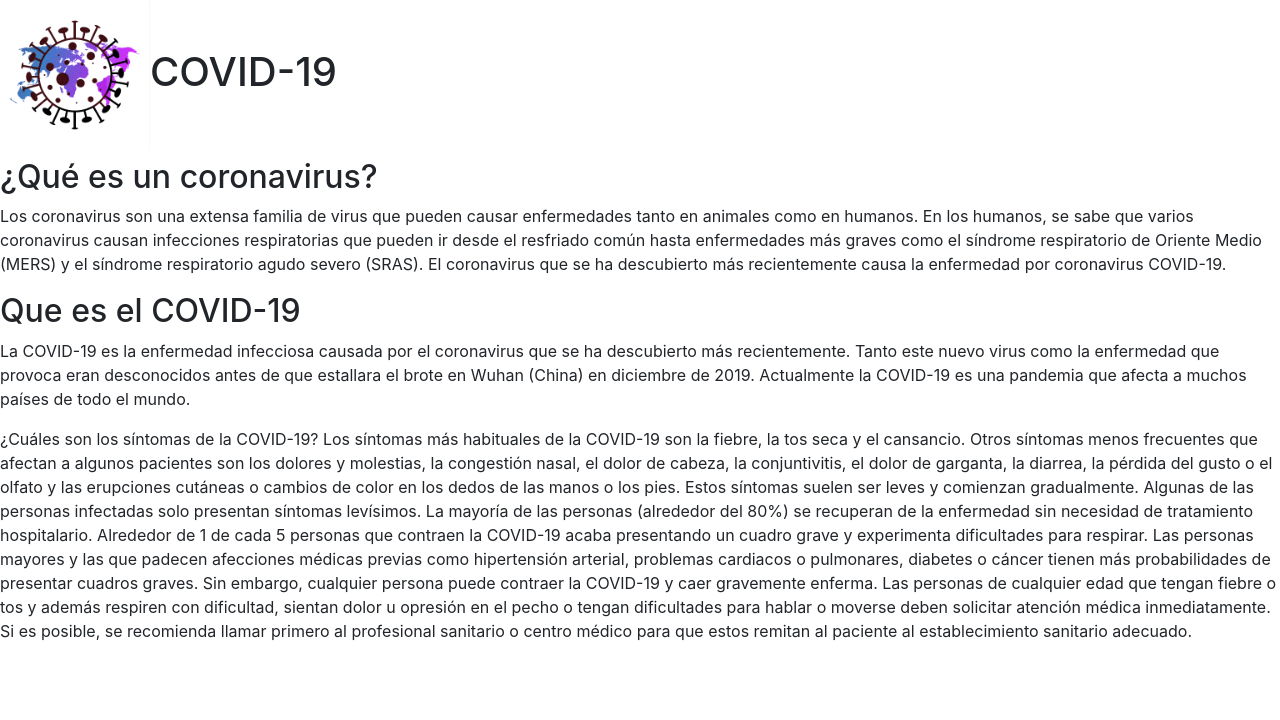
Repository: AndreyRi13/1erparcial1151804
Page: Home.html
The author's editor kept a copy of each file at every save. The page is drawn from the files as they stood at one save, then again after a run of saves.
The browser window is 1280 px wide. The pictures show the whole page.

Above is the page before, as saved 2020-10-06 07:15:12.
Console error (its wording comes from the project's code and is left out).

### Home.html
<!DOCTYPE html>
<html lang="en">
<head>
    <meta charset="UTF-8">
    <meta name="viewport" content="width=device-width, initial-scale=1.0">
    <link rel="stylesheet" href="https://stackpath.bootstrapcdn.com/bootstrap/4.5.2/css/bootstrap.min.css" integrity="sha384-JcKb8q3iqJ61gNV9KGb8thSsNjpSL0n8PARn9HuZOnIxN0hoP+VmmDGMN5t9UJ0Z" crossorigin="anonymous">
    <script src="https://stackpath.bootstrapcdn.com/bootstrap/4.5.2/js/bootstrap.min.js" integrity="sha384-B4gt1jrGC7Jh4AgTPSdUtOBvfO8shuf57BaghqFfPlYxofvL8/KUEfYiJOMMV+rV" crossorigin="anonymous"></script>
    <title>COVID-19</title>
</head>
<body>

        <header>
        <H1><img src="/img/hiclipart.com.png" alt="logo" width="150" height="150">COVID-19</H1>
        </header>


        <h2>¿Qué es un coronavirus?</h2>
            <p>Los coronavirus son una extensa familia de virus que pueden
                causar enfermedades tanto en animales como en humanos. En
                los humanos, se sabe que varios coronavirus causan infecciones
                respiratorias que pueden ir desde el resfriado común hasta
                enfermedades más graves como el síndrome respiratorio de
                Oriente Medio (MERS) y el síndrome respiratorio agudo severo
                (SRAS). El coronavirus que se ha descubierto más
                recientemente causa la enfermedad por coronavirus COVID-19.</p>
                <h2>Que es el COVID-19</h2>


<p>La COVID-19 es la enfermedad infecciosa causada por el coronavirus que se ha descubierto más recientemente. Tanto este nuevo
    virus como la enfermedad que provoca eran desconocidos antes de que estallara el brote en Wuhan (China) en diciembre de
    2019. Actualmente la COVID-19 es una pandemia que afecta a muchos países de todo el mundo.
    </p>

   <h2></h2> ¿Cuáles son los síntomas de la COVID-19?
Los síntomas más habituales de la COVID-19 son la fiebre, la tos seca y el cansancio. Otros síntomas menos frecuentes que
afectan a algunos pacientes son los dolores y molestias, la congestión nasal, el dolor de cabeza, la conjuntivitis, el dolor de
garganta, la diarrea, la pérdida del gusto o el olfato y las erupciones cutáneas o cambios de color en los dedos de las manos o los
pies. Estos síntomas suelen ser leves y comienzan gradualmente. Algunas de las personas infectadas solo presentan síntomas
levísimos.
La mayoría de las personas (alrededor del 80%) se recuperan de la enfermedad sin necesidad de tratamiento hospitalario.
Alrededor de 1 de cada 5 personas que contraen la COVID-19 acaba presentando un cuadro grave y experimenta dificultades
para respirar. Las personas mayores y las que padecen afecciones médicas previas como hipertensión arterial, problemas
cardiacos o pulmonares, diabetes o cáncer tienen más probabilidades de presentar cuadros graves. Sin embargo, cualquier
persona puede contraer la COVID-19 y caer gravemente enferma. Las personas de cualquier edad que tengan fiebre o tos y
además respiren con dificultad, sientan dolor u opresión en el pecho o tengan dificultades para hablar o moverse deben solicitar
atención médica inmediatamente. Si es posible, se recomienda llamar primero al profesional sanitario o centro médico para que
estos remitan al paciente al establecimiento sanitario adecuado.









        <script src="https://code.jquery.com/jquery-3.5.1.slim.min.js" integrity="sha384-DfXdz2htPH0lsSSs5nCTpuj/zy4C+OGpamoFVy38MVBnE+IbbVYUew+OrCXaRkfj" crossorigin="anonymous"></script>
        <script src="https://cdn.jsdelivr.net/npm/popper.js@1.16.1/dist/umd/popper.min.js" integrity="sha384-9/reFTGAW83EW2RDu2S0VKaIzap3H66lZH81PoYlFhbGU+6BZp6G7niu735Sk7lN" crossorigin="anonymous"></script>
</body>
</html>

After the next 5 saves:
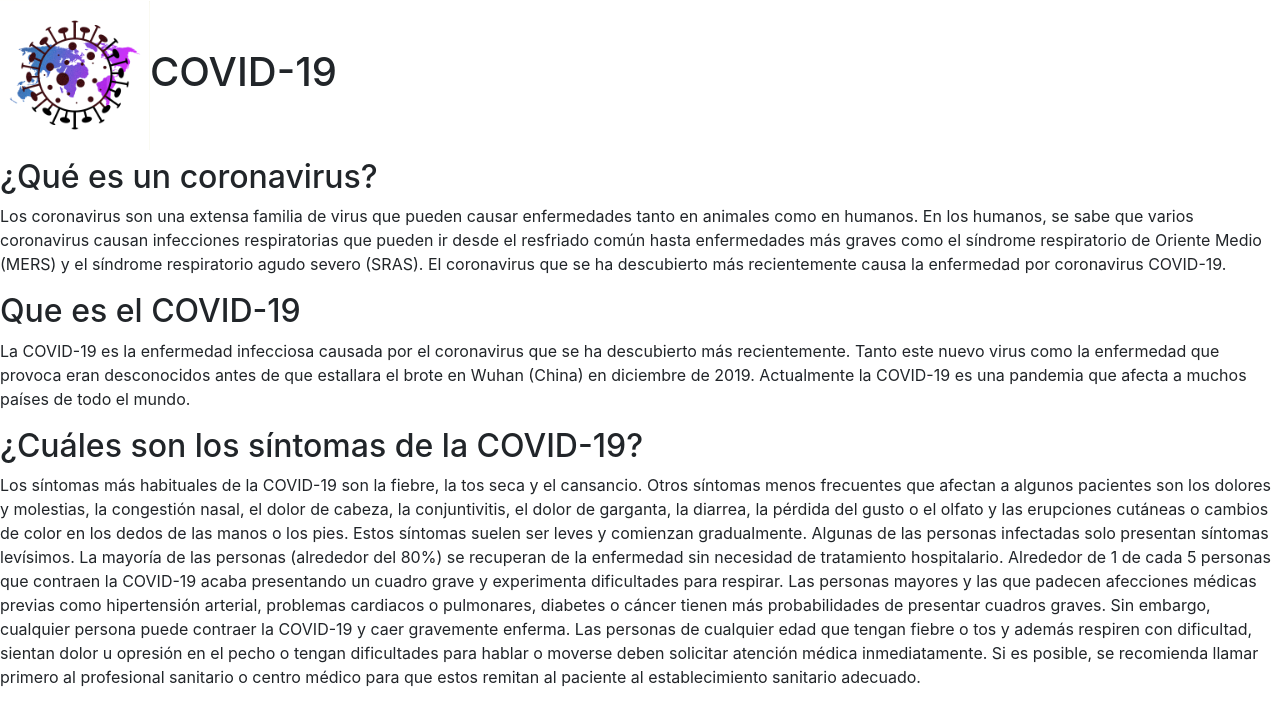
The 5 saves are shown as one change because they came seconds apart.
The last was saved 14 s later.
--- a/Home.html
+++ b/Home.html
@@ -31,7 +31,9 @@
     2019. Actualmente la COVID-19 es una pandemia que afecta a muchos países de todo el mundo.
     </p>
 
-   <h2></h2> ¿Cuáles son los síntomas de la COVID-19?
+   <h2>¿Cuáles son los síntomas de la COVID-19?</h2>
+
+   <p>
 Los síntomas más habituales de la COVID-19 son la fiebre, la tos seca y el cansancio. Otros síntomas menos frecuentes que
 afectan a algunos pacientes son los dolores y molestias, la congestión nasal, el dolor de cabeza, la conjuntivitis, el dolor de
 garganta, la diarrea, la pérdida del gusto o el olfato y las erupciones cutáneas o cambios de color en los dedos de las manos o los
@@ -44,7 +46,7 @@ cardiacos o pulmonares, diabetes o cáncer tienen más probabilidades de present
 persona puede contraer la COVID-19 y caer gravemente enferma. Las personas de cualquier edad que tengan fiebre o tos y
 además respiren con dificultad, sientan dolor u opresión en el pecho o tengan dificultades para hablar o moverse deben solicitar
 atención médica inmediatamente. Si es posible, se recomienda llamar primero al profesional sanitario o centro médico para que
-estos remitan al paciente al establecimiento sanitario adecuado.
+estos remitan al paciente al establecimiento sanitario adecuado.</p>
 
 
 
